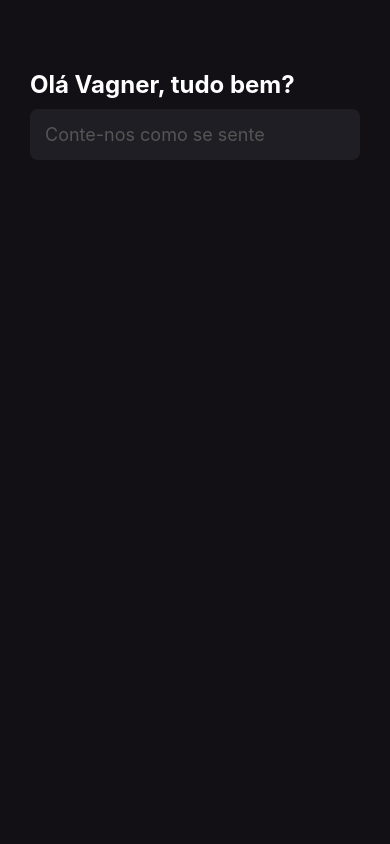
Repository: vagnereix/01-myskills-trilha-react-native
Screen: /
An editor plug-in stored every save of this project. The screen is shown before and after the next save, followed by the edit.
The app was drawn by React Native's web renderer in a window 390 px wide. The project was rebuilt for these pictures with package versions that can differ from the ones it lists, and the page was loaded fresh each time.

Above is the screen before, as saved 2021-06-17 17:27:28.

### App.tsx
import React from 'react';

import { Home } from './pages/home';

export default function App() {
  return (
    <Home />
  );
};

### pages/home.tsx
import React from 'react';
import {
    View,
    Text,
    StyleSheet,
    TextInput,
    Platform,
    TouchableOpacity
} from 'react-native';

export function Home() {
    return (
      <View style={styles.container}>
        <Text style={styles.title}>Olá Vagner, tudo bem?</Text>

        <TextInput
            style={styles.input}
            placeholder="Conte-nos como se sente"
            placeholderTextColor="#555"
        />

        <TouchableOpacity style={styles.touch} />
      </View>
    );
}

const styles = StyleSheet.create({
  container: {
    flex: 1,
    paddingHorizontal: 30,
    paddingVertical: 70,
    backgroundColor: '#121015',
  },
  title: {
    color: '#fff',
    fontWeight: 'bold',
    fontSize: 24,
    marginBottom: 10,
  },
  input: {
    borderRadius: 8,
    backgroundColor: '#1f1e25',
    fontSize: 18,
    padding: Platform.OS == 'android' ? 10 : 15,
  },
  touch: {
    backgroundColor: 'purple'
  }
});

After the next save:
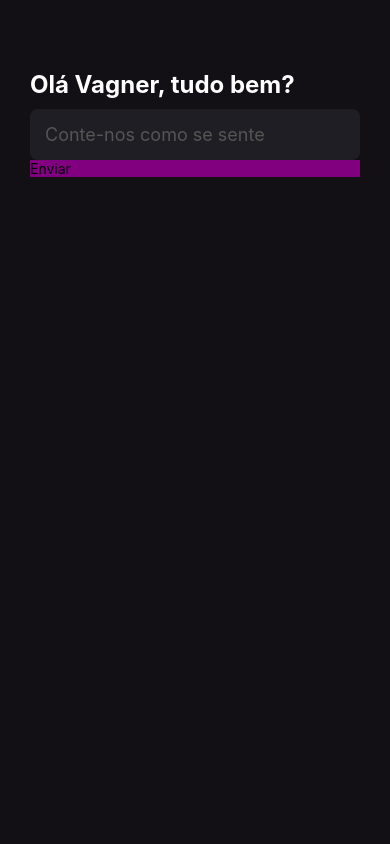
Saved 41 s later.
--- a/pages/home.tsx
+++ b/pages/home.tsx
@@ -19,7 +19,9 @@ export function Home() {
             placeholderTextColor="#555"
         />
 
-        <TouchableOpacity style={styles.touch} />
+        <TouchableOpacity style={styles.touch}>
+            <Text>Enviar</Text>
+        </TouchableOpacity>
       </View>
     );
 }
